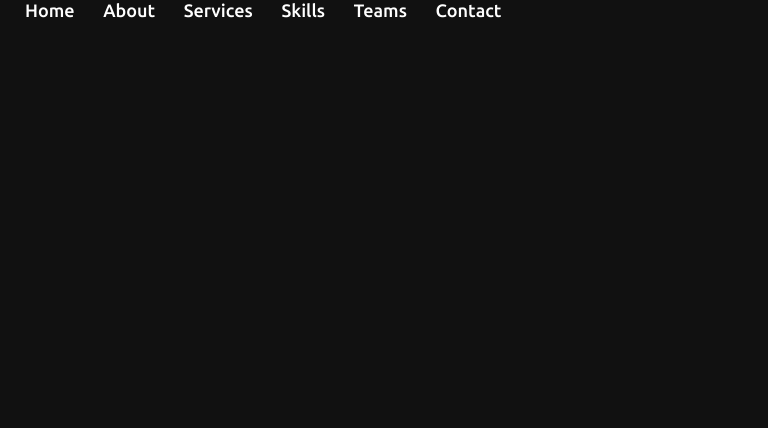
Repository: deividwsantoss/portfolio
Page: index.html
An editor plug-in stored every save of this project. The page is shown before and after the next save, followed by the edit.
The browser window is 768 px wide. The pictures show the window.
A layer covers the whole window, so only the first screen is drawn. Some web libraries are served in a nearby version.

Above is the page before, as saved 2021-03-01 21:13:56.

### index.html
<!DOCTYPE html>
<html lang="en">
    <head>
        <meta charset="UTF-8">
        <meta name="viewport" content="width=device-width, initial-scale=1.0">
       <title>Deivid Santos Portfolio</title>
        <link rel="stylesheet" href="/Content/style.css">
        <script src="https://kit.fontawesome.com/a076d05399.js"></script>
        <script  src="https://code.jquery.com/jquery-3.5.1.min.js"></script>
    </head>
<body>
    <nav class="navbar">
        <div class="max-width">
            <div class="logo"><a href="#">Portifo<span>lio.</span></a></div>
            <ul class="menu">
                <li><a href="#home" class="menu-btn">Home</a></li>
                <li><a href="#about" class="menu-btn">About</a></li>
                <li><a href="#services" class="menu-btn">Services</a></li>
                <li><a href="#skills" class="menu-btn">Skills</a></li>
                <li><a href="#teams" class="menu-btn">Teams</a></li>
                <li><a href="#contact" class="menu-btn">Contact</a></li>
            </ul>
            <div class="menu-btn">
                <i class="fas fa-bars"></i>
            </div>
        </div>
    </nav>

    <!-- Home Section Start -->
    <section class="home" id="home">
        <div class="max-width">
            <div class="home-content">
                <div class="text-1">Hello, my name is </div>
                <div class="text-2">Deivid Santos</div>
                <div class="text-3">And I'm a<span>Software Engineer</span></div>
            </div>
        </div>
    </section>

    <p>Lorem ipsum dolor sit amet consectetur adipisicing elit. Quasi ut voluptatum eveniet doloremque autem excepturi eaque,
        sit laboriosam voluptatem nisi delectus. Facere explicabo hic minus accusamus alias fuga nihil dolorum quae. Explicabo illo unde,
        odio consequatur ipsam possimus veritatis, placeat, ab molestiae velit inventore exercitationem consequuntur blanditiis omnis beatae.
        Dolor iste excepturi ratione soluta quas culpa voluptatum repudiandae harum non.</p>


    <script src="./Scripts/script.js"></script>
</body>
</html>

### Content/style.css
@import url('https://fonts.googleapis.com/css2?family=Poppins:wght@400;500;600;700&family=Ubuntu:wght@400;500;700&display=swap');

*{
    margin: 0;
    padding: 0;
    box-sizing: border-box;
    text-decoration: none;
}
/* Navbar styling */
.navbar{
    position: fixed;
    width: 100%;
    z-index: 999;
    padding: 30px 0;
    font-family: 'Ubuntu', sans-serif;
    transition: all 0.3s ease;
}
.navbar.sticky{
    padding: 15px 0;
    background: crimson;
}
.navbar .max-width{
    display: flex;
    align-items: center;
    justify-content: space-between;
}
.navbar .logo a{
    color: #fff;
    font-size: 35px;
    font-weight: 600;
}
.navbar .logo a span{
    color: crimson;
    transition: all 0.3s ease;
}
.navbar.sticky .logo a span{
    color: #fff;
}
.navbar .menu li{
    list-style: none;
    display: inline-block;
}
.navbar .menu li a{
    display: block;
    color: #fff;
    font-size: 18px;
    font-weight: 500;
    margin-left: 25px;
    transition: color 0.3s ease;
}
.navbar .menu li a:hover{
    color: crimson;
}
.navbar.sticky .menu li a:hover{
    color: #fff;
}

/* menu btn styling */
.menu-btn{
    color: #fff;
    font-size: 23px;
    cursor: pointer;
    display: none;

}

/* Home Section Styling */

.home{
    display: flex;
    background: url("/images/banner.jpg") no-repeat center;
    height: 100vh;
    color: #fff;
    min-height: 500px;
    font-family: 'Ubuntu', sans-serif;
}
.home .max-width{
    margin: auto 0 auto 40px;
}
.home .home-content .text-1{

    font-size: 27px;
}
.home .home-content .text-2{

    font-size:  75px;
    font-weight: 600;
    margin-left: 3px;
}
.home .home-content .text-3{

    font-size:  40px;
    margin: 5px 0;
}
.home .home-content .text-3 span{

   color: crimson;
   font-weight: 500;

}

/* Responsive media query start */

@media (max-width:991px){
    .max-width{

        padding: 0 50px;
    }
    .navbar .menu {
        position: fixed;
        height: 100vh;
        width: 100%;
        left: 0;
        top: 0;
        background:#111;

    }

}

### Scripts/script.js
$(document).ready(function(){
    $(window).scroll(function(){
        if(this.scrollY> 20){
            $('navbar').addClass("sticky");
        }else{
            $('navbar').removeClass("sticky")
        }
    })
});

After the next save:
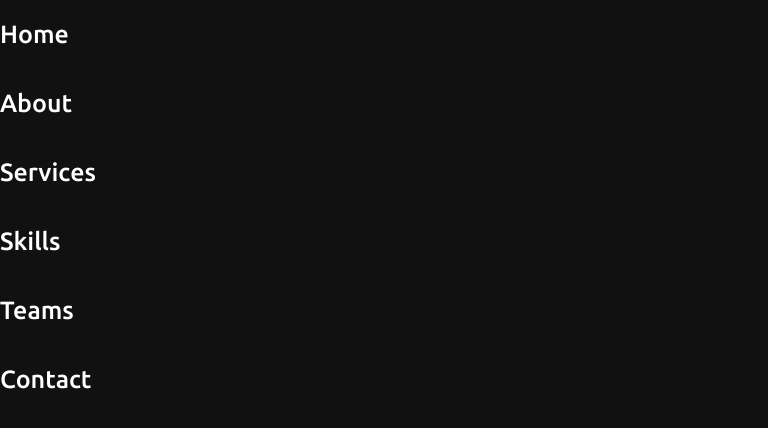
Saved 118 s later.
--- a/Content/style.css
+++ b/Content/style.css
@@ -113,7 +113,12 @@
         left: 0;
         top: 0;
         background:#111;
-
     }
-
-}
+    .navbar .menu li{
+        display: block;
+    }
+    .navbar .menu li a{
+        display: inline-block;
+        margin: 20px 0;
+        font-size: 25px;
+    }
